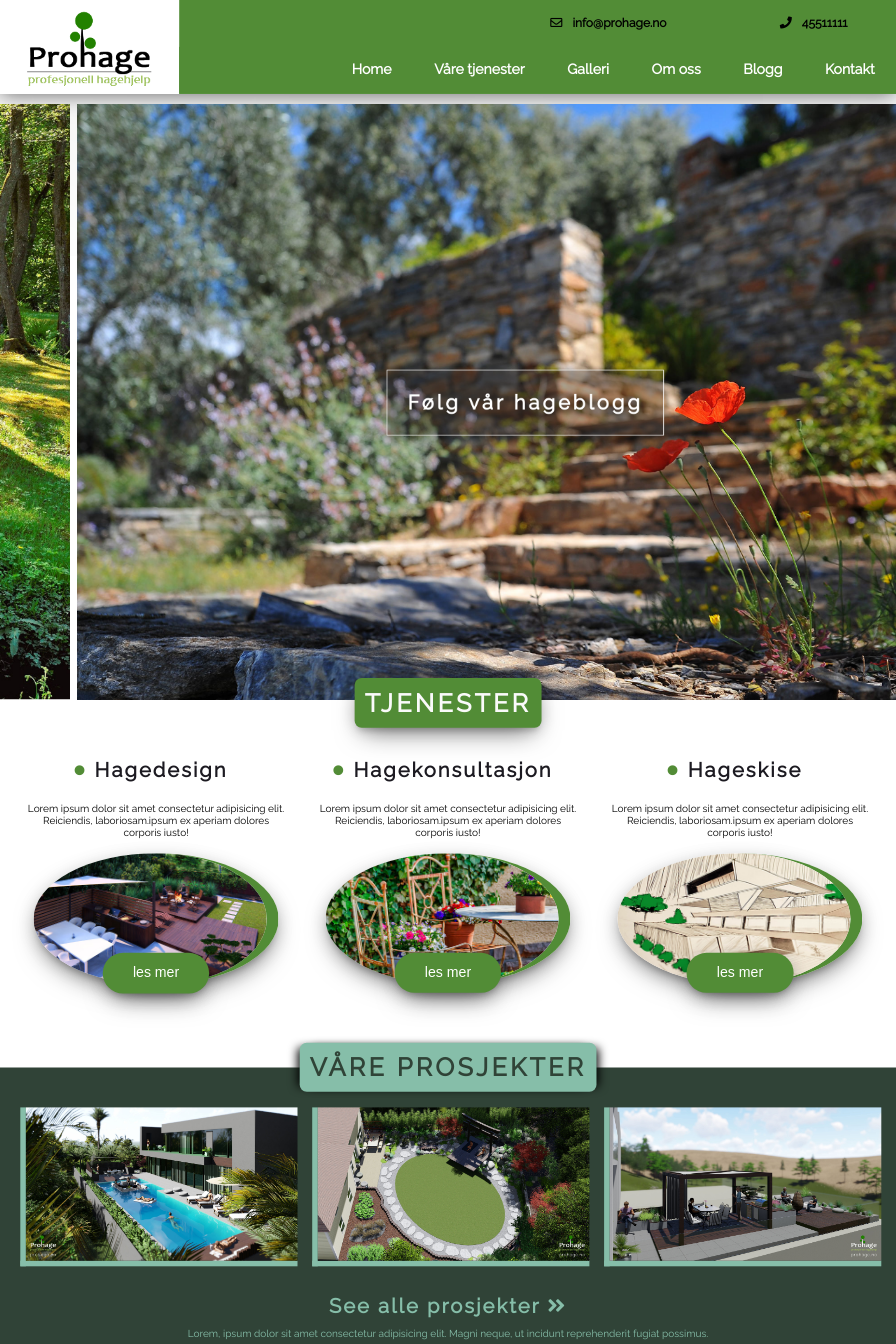
Repository: marinazzz/garden-design-website
Page: Garden design website/index.html
An editor plug-in stored every save of this project. The page is shown before and after the next save, followed by the edit.
The browser window is 1280 px wide. The pictures show the part of the page from y = 0 to 1920 px (the page is 2863 px tall), at 70% of full size.

Above is the page before, as saved 2020-04-03 13:00:53.

### Garden design website/index.html
<!DOCTYPE html>
<html lang="nb">
<head>
    <title>Hagedesign Oslo</title>
    <link rel="stylesheet" type="text/css" href="CSS/fontawesome-free-5.12.1-web/css/all.min.css">
    <link rel="stylesheet" type="text/css" href="CSS/style.css"/>
    <link rel="stylesheet" type="text/css" href="CSS/min-width-768px.css">
    <link rel="stylesheet" type="text/css" href="CSS/min-width-992px.css">
    <link rel="stylesheet" href="https://cdnjs.cloudflare.com/ajax/libs/animate.css/3.7.2/animate.min.css">
    <link rel="stylesheet" type="text/css" href="PLUGINS/glide-master/dist/css/glide.core.min.css" />
    <link rel="stylesheet" type="text/css" href="PLUGINS/glide-master/dist/css/glide.theme.min.css" />
    <link href="https://fonts.googleapis.com/css?family=Raleway&display=swap" rel="stylesheet">
    <meta name="viewport" content="width=device-width, initial-scale=1" charset="UTF-8">
</head>
<body>
    <header class="header--white-green">
        <div class="wrapper">
        <div class="container__menu--small container__menu"> <!--grid container-->
            <div class="container__logo"> <!--1.column-->
                <img class="logo"src="images/prohage black.png" alt="Prohage logo">
            </div>
            <div class="container__items--small container__items"> <!--2.column-->
                <div class="container__item"> <!--1.row-->
                     <a href="mailto:info@prohage.no"
                         class ="container__item-txt"><i class="far fa-envelope"></i>info@prohage.no</a>
                     <a href="tlf:45511111"
                         class="container__item-txt"><i class="fas fa-phone"></i>45511111</a>
                </div>
               <div class="container__item-bottom"> <!--2.row-->
                   <button class="menu__toggle">
                       <i class="fas fa-bars"></i>
                   </button>
                   <nav id="menu">
                        <ul class="menu__list">
                            <li class="menu__item">
                                <a class="menu__link" href="home">Home</a>
                            </li>
                            <li class="menu__item">
                                <a class="menu__link" href="#services">Våre tjenester</a>
                            </li>
                            <li class="menu__item">
                                <a class="menu__link" href="#gallery">Galleri</a>
                            </li>
                            <li class="menu__item">
                                <a class="menu__link" href="#about">Om oss</a>
                            </li>
                            <li class="menu__item">
                                <a class="menu__link" href="#blog">Blogg</a>
                            </li>
                            <li class="menu__item">
                                <a class="menu__link" href="kontakt">Kontakt</a>
                            </li>
                       </ul>
                   </nav>
               </div>
            </div>
            </div>
        </div>
        <section id="main-photo">
            <div class="glide">
                <div class="glide__track"
                     data-glide-el="track">
                    <ul class="glide__slides">
                        <li class="glide__slide">
                            <img class="main-photo__item"
                                 srcset="images/daylight-environment-garden-2000.jpg 2000w,
                                         images/daylight-environment-garden-1000.jpg 1000w"
                                 sizes="(min-width: 1440px) 2000px, 100vw"
                                 src="images/daylight-environment-garden-2000.jpg" alt="Garden and plants" />
                                 <h1 class="main-photo__title">Profesjonell hagehjelp</h1>
                        </li>
                        <li class="glide__slide">
                            <img class="main-photo__item"
                                 srcset="images/main-header-photo-2000.jpg 2000w,
                                          images/main-header-photo-1000.jpg 1000w"
                                 sizes="(min-width: 1440px) 2000px, 100vw"
                                 src="images/main-header-photo-2000.jpg" alt="Garden and plants" />
                                 <h1 class="main-photo__title">Ta kontakt allerede idag</h1>
                                </li>
                        <li class="glide__slide">
                            <img class="main-photo__item"
                                 srcset="images/header-photo-2000.jpg 2000w,
                                         images/header-photo-1000.jpg 1000w"
                                 sizes="(min-width: 1440px) 2000px, 100vw"
                                 src="images/header-photo-2000.jpg" alt="Garden designed by proffesional" />
                                 <h1 class="main-photo__title">Rådgiving og tipser</h1>
                        </li>
                        <li class="glide__slide">
                            <img class="main-photo__item"
                                 srcset="images/bloom-blooming-blur-2000.jpg 2000w,
                                         images/bloom-blooming-blur-1000.jpg 1000w"
                                 sizes="(min-width: 1440px) 2000px, 100vw"
                                 src="images/bloom-blooming-blur-2000.jpg" alt="Garden designed by proffesional" />
                                 <h1 class="main-photo__title">Følg vår hageblogg</h1>
                        </li>
                    </ul>
                </div>
                <!--<div class="glide__arrows"
                         data-glide-el="controls">
                        <button class="glide__arrow glide__arrow--left"
                                data-glide-dir="<">
                            <i class="fas fa-chevron-circle-left"></i>
                        </button>
                        <button class="glide__arrow glide__arrow--right"
                                data-glide-dir=">">
                            <i class="fas fa-chevron-circle-right"></i>
                        </button>
                    </div>-->
            </div>

            <!--<img class="main-photo__item1"
                 srcset="images/architecture-clouds-daylight-2000.jpg 2000w,
                         images/architecture-clouds-daylight-1000.jpg 1000w"
                 sizes="(min-width: 1440px) 2000px, 100vw"
                 src="images/architecture-clouds-daylight-2000.jpg" alt="Garden">
            <img class="main-photo__item2"
                 srcset="images/header-photo-2000.jpg 2000w,
                         images/header-photo-1000.jpg 1000w"
                 sizes="(min-width: 1440px) 2000px, 100vw"
                 src="images/header-photo-2000.jpg" alt="Garden designed by proffesional" >
            <img class="main-photo__item3"
                 srcset="images/main-header-photo-2000.jpg 2000w,
                         images/main-header-photo-1000.jpg 1000w"
                 sizes="(min-width: 1440px) 2000px, 100vw"
                 src="images/main-header-photo-2000.jpg" alt="Garden and plants" >
            <h1 class="main-photo__title">Profesjonell hagehjelp</h1>-->
        </section>
     </header>
     <main>
         <section id="services" class="section--white-green section__container">
            <h1 class="services__title">Tjenester</h1>
            <div class="services__wrapp">
            <section class="services__item">
                <div class="item-title__wrapp">
                    <i class="fas fa-circle"></i>
                    <h2 class="services__item-title">Hagedesign</h2>
                </div>
                <p class="services__txt">Lorem ipsum dolor sit amet consectetur adipisicing elit. Reiciendis, laboriosam.ipsum ex aperiam dolores corporis iusto!</p>
                <div class="button__position">
                     <img class="services__photo" src="images/Hagedesign.jpg" alt="Hagedesigner tegner" />
                     <button class="services__toggle">les mer</button>
                </div>
            </section>
            <section class="services__item">
                <div class="item-title__wrapp">
                    <i class="fas fa-circle"></i>
                    <h2 class="services__item-title">Hagekonsultasjon</h2>
                </div>
                <p class="services__txt">Lorem ipsum dolor sit amet consectetur adipisicing elit. Reiciendis, laboriosam.ipsum ex aperiam dolores corporis iusto!</p>
                <div class="button__position">
                    <img class="services__photo" src="images/konsultasjon.jpg" alt="Hagekonsultasjon med hagedesigner"/> <!--smaller picture than other 2-->
                    <button class="services__toggle">les mer</button>
                </div>
            </section>
            <section class="services__item">
                <div class="item-title__wrapp">
                    <i class="fas fa-circle"></i>
                    <h2 class="services__item-title">Hageskise</h2>
                </div>
                <p class="services__txt">Lorem ipsum dolor sit amet consectetur adipisicing elit. Reiciendis, laboriosam.ipsum ex aperiam dolores corporis iusto!</p>
                <div class="button__position">
                    <img class="services__photo" src="images/skisse.jpg" alt="Hagedesigner hjelp"/>
                    <button class="services__toggle">les mer</button>
                </div>
            </section>
            </div>
         </section>
         <section id="gallery" class="section--dark-green section__container">
            <h1 class="gallery__title services__title">Våre prosjekter</h1>
            <div class="gallery__wrapp services__wrapp">
                <div class="gallery__items">
                    <div class="gallery__item-wrapp">
                        <img class="gallery__item"
                             srcset="images/gallery-photo1-2000.jpg 2000w,
                                     images/gallery-photo1-1000.jpg 1000w"
                             sizes="(min-width: 1440px) 2000px, 100vw"
                             src="images/gallery-photo1-2000.jpg" alt="Hagedesign terrase" />
                    </div>
                    <div class="gallery__item-wrapp gallery__item-wrapp--padding">
                        <img class="gallery__item"
                             srcset="images/gallery-photo2-2000.jpg 2000w,
                                     images/gallery-photo2-1000.jpg 1000w"
                             sizes="(min-width: 1440px) 2000px, 100vw"
                             src="images/gallery-photo2-2000.jpg" alt="Hagedesign terrase" />
                    </div>
                    <div class="gallery__item-wrapp">
                        <img class="gallery__item"
                             srcset="images/gallery-photo3-2000.jpg 2000w,
                                     images/gallery-photo3-1000.jpg 1000w"
                             sizes="(min-width: 1440px) 2000px, 100vw"
                             src="images/gallery-photo3-2000.jpg" alt="Hagedesign terrase" />
                    </div>
                </div>
                <div class="gallery__txt-wrapp">
                    <h2 class="gallery__item-title services__item-title">See alle prosjekter
                        <i class="fas fa-angle-double-right"></i>
                    </h2>
                    <p class="gallery__txt">Lorem, ipsum dolor sit amet consectetur adipisicing elit. Magni neque, ut incidunt reprehenderit fugiat possimus.</p>
                </div>
            </div>
        </section>
        <div class="reviews__bg">
            <section id="reviews">
                <h1 class="reviews__title services__title">Referanser</h1>
                <div class="glide"> <!--needs to be 3 slides per view on tablet,laptop-->
                    <div class="glide__track" data-glide-el="track">
                      <ul class="glide__slides">
                        <li class="glide__slide">
                            <div class="review__items">
                                <img class="review__photo"
                                 src="images/review-picture1.jpg" alt="Hagedesign terrase" />
                                <h2 class="review__title">Beste hagehjelp</h2>
                                <blockquote>
                                    <p class="review__txt">Lorem ipsum dolor sit amet consectetur adipisicing elit.
                                       Dolorem nemo, voluptatibus ullam facere laudantium sit impedit repudiandae facilis beatae laborum.
                                       Vero dicta blanditiis quidem est.</p>
                                     <footer class="review__author">Anonymous</footer>
                                </blockquote>
                            </div>
                        </li>
                        <li class="glide__slide">
                            <div class="review__items">
                                <img class="review__photo"
                                 src="images/review-picture2.jpg" alt="Hagedesign terrase" />
                                <h2 class="review__title">Tussen takk</h2>
                                <blockquote>
                                    <p class="review__txt">Lorem ipsum dolor sit amet consectetur adipisicing elit.
                                       Dolorem nemo, voluptatibus ullam facere laudantium sit impedit repudiandae facilis beatae laborum.
                                       Vero dicta blanditiis quidem est.</p>
                                     <footer class="review__author">Anonymous</footer>
                                </blockquote>
                            </div>
                        </li>
                        <li class="glide__slide">
                            <div class="review__items">
                                <img class="review__photo"
                                 src="images/review-picture3.jpg" alt="Hagedesign terrase" />
                                <h2 class="review__title">Anbefaler</h2>
                                <blockquote>
                                    <p class="review__txt">Lorem ipsum dolor sit amet consectetur adipisicing elit.
                                       Dolorem nemo, voluptatibus ullam facere laudantium sit impedit repudiandae facilis beatae laborum.
                                       Vero dicta blanditiis quidem est.</p>
                                     <footer class="review__author">Anonymous</footer>
                                </blockquote>
                            </div>
                        </li>
                      </ul>
                    </div>
                    <div class="glide__arrows"
                             data-glide-el="controls">
                            <button class="glide__arrow glide__arrow--left"
                                    data-glide-dir="<">
                                <i class="fas fa-chevron-circle-left"></i>
                            </button>
                            <button class="glide__arrow glide__arrow--right"
                                    data-glide-dir=">">
                                <i class="fas fa-chevron-circle-right"></i>
                            </button>
                        </div>
                 </div>
            </section>
             <article id="blog-posts">

             </article>
             <section id="about oss">

            </section>
        </div>
     </main>
     <footer class="footer__main">
	     <p>designed by Marina Zujic
		     <a href="https://github.com/marinazzz">github.com/marinazzz</a>
	     </p>
     </footer>
     <script src="PLUGINS/glide-master/dist/glide.min.js"></script>
     <script src="JS/js-app.js"></script>
</body>
</html>

### Garden design website/CSS/min-width-992px.css
@media screen and (min-width: 992px) {
    html {
        font-size: 90%;
    }

   /* HEADER */

    .logo {
        max-height: 9rem;
    }

    .container__items {
        width: auto;
    }

    .container__item {
        padding-left: 22rem;;
    }

    .container__item-bottom,
    .container__items {
        padding: 0;
    }

    #menu {
        padding-left: 10rem;
    }
}

@media screen and (min-width: 1440px) {

    /* HEADER */
    .container__menu {
        max-width: 1500px;
        margin: 0 auto;
    }

    .container__item {
        padding-left: 47rem;;
    }

    #menu {
        padding-left: 30rem;
    }


    /* MAIN PHOTO */

    .main-photo__title {
        font-size: 3rem;
        letter-spacing: 0.5rem;
    }
}

@media screen and (min-width: 2560px) {
    html {
        font-size: 100%;
    }

    .logo {
        max-height: 12rem;
    }

    .container__item {
        justify-self: center;
    }

    .container__item > a:first-of-type {
        padding: 0 13rem;
    }

    .container__item-bottom {
        padding: 0 40rem;
    }

    /*content on middle*/

    .container__menu {
        max-width: 2000px;
    }

    .container__item-bottom,
    .container__items {
        padding: 0;
    }

    #menu,
    .container__item {
        padding-left: 50rem;
    }

    /* SECTIONS */

    .section__container {
        max-width: 2000px;
        margin: 0 auto;
    }

    .button__position > button {
        bottom: -15%;
      }

      /*SECTION GALLERY*/

      .gallery__wrapp {
          justify-content: space-around;
      }

      .services__wrapp {
          padding: 0;
      }

}

### Garden design website/JS/js-app.js

//BUTTON
let mainNav = document.getElementById("menu");

let navBarToggle = document.querySelector(".menu__toggle");

navBarToggle.addEventListener("click", function () {

    mainNav.classList.toggle("menu-opened");
});

//GLIDE PLUGIN

new Glide('.glide', {
    type: 'carousel',
    autoplay: true,
    hoverpause: false,
    perView: 1,
    animationDuration: 10000
}).mount()

const carousels = document.querySelectorAll(".glide");
Object.values(carousels).map(carousel => {
      const slider = new Glide(carousel, {
        type: "carousel",
      });
      slider.mount();
});

Loaded but not shown: Garden design website/CSS/fontawesome-free-5.12.1-web/css/all.min.css (library); Garden design website/PLUGINS/glide-master/dist/css/glide.core.min.css (common file); Garden design website/PLUGINS/glide-master/dist/css/glide.theme.min.css (common file); Garden design website/PLUGINS/glide-master/dist/glide.min.js (library); Garden design website/CSS/style.css (485 lines, source omitted); Garden design website/CSS/min-width-768px.css (167 lines, source omitted)

After the next save:
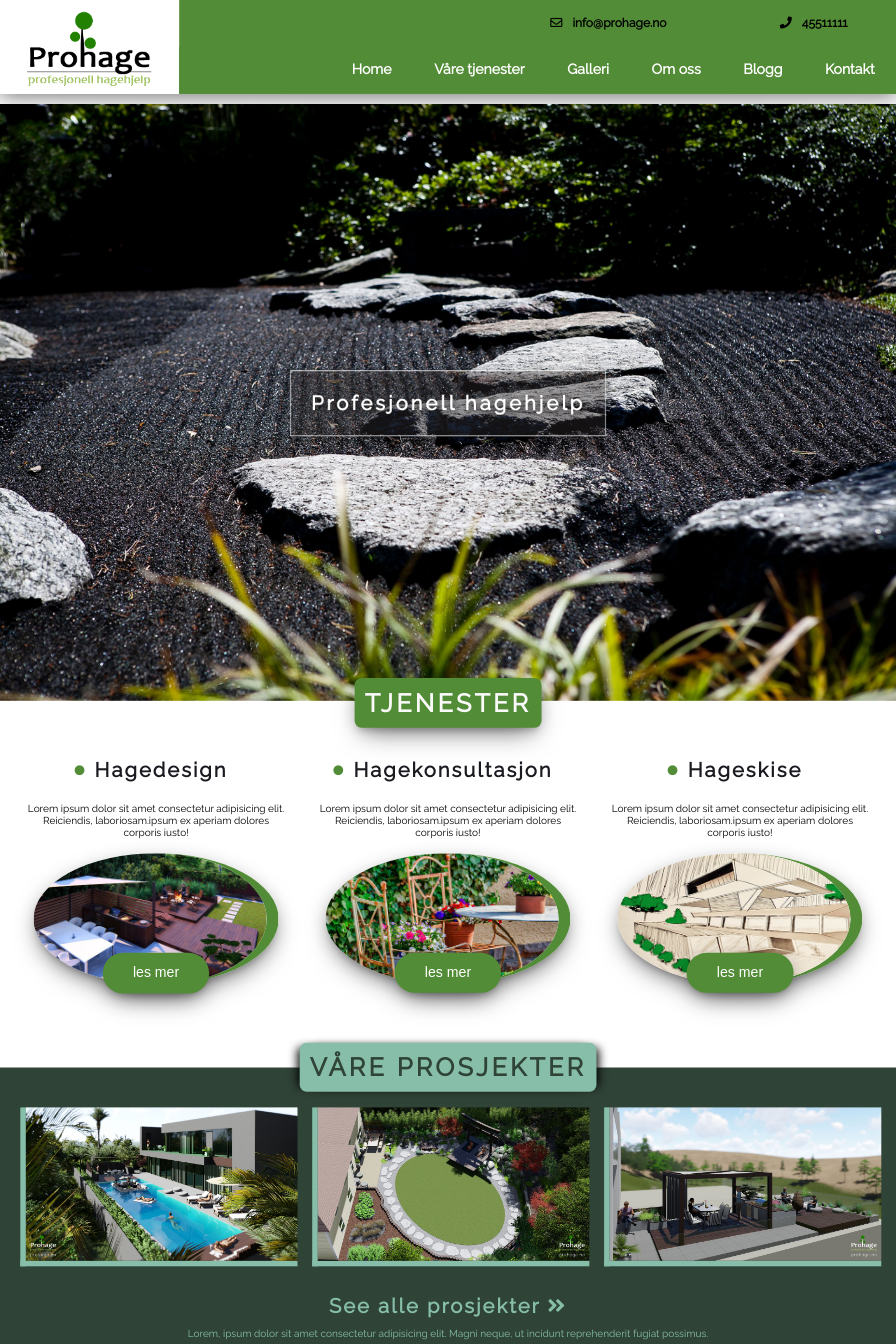
Console error: SyntaxError: Unexpected identifier 'slider'
Saved 5 h 5 min later.
--- a/Garden design website/JS/js-app.js
+++ b/Garden design website/JS/js-app.js
@@ -19,9 +19,9 @@
     animationDuration: 10000
 }).mount()
 
-const carousels = document.querySelectorAll(".glide");
+let carousels = document.querySelectorAll(".glide");
 Object.values(carousels).map(carousel => {
-      const slider = new Glide(carousel, {
+      length slider = new Glide(carousel, {
         type: "carousel",
       });
       slider.mount();

After the save that followed:
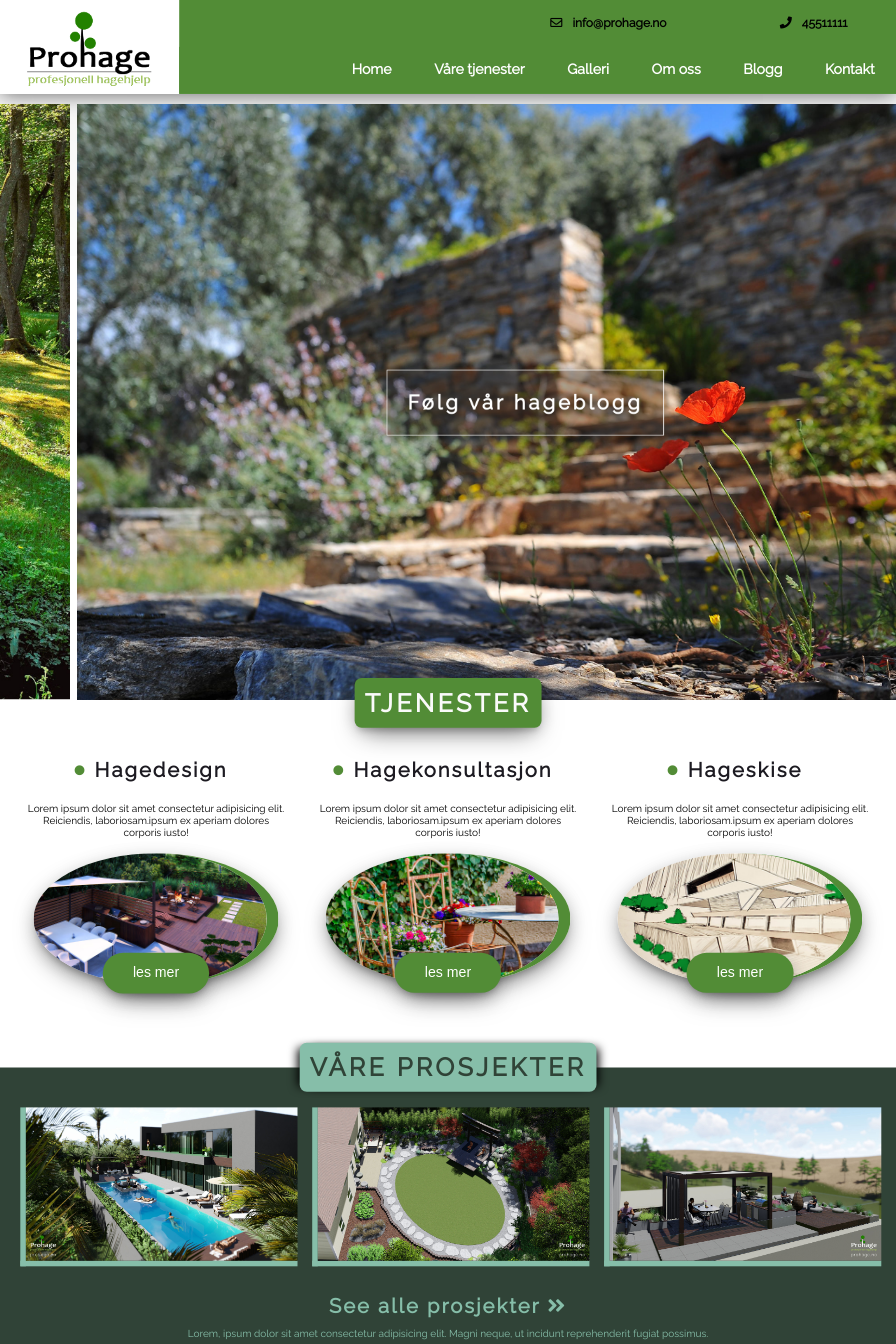
The error is gone.
Saved 22 s later.
--- a/Garden design website/JS/js-app.js
+++ b/Garden design website/JS/js-app.js
@@ -21,7 +21,7 @@
 
 let carousels = document.querySelectorAll(".glide");
 Object.values(carousels).map(carousel => {
-      length slider = new Glide(carousel, {
+      let slider = new Glide(carousel, {
         type: "carousel",
       });
       slider.mount();
